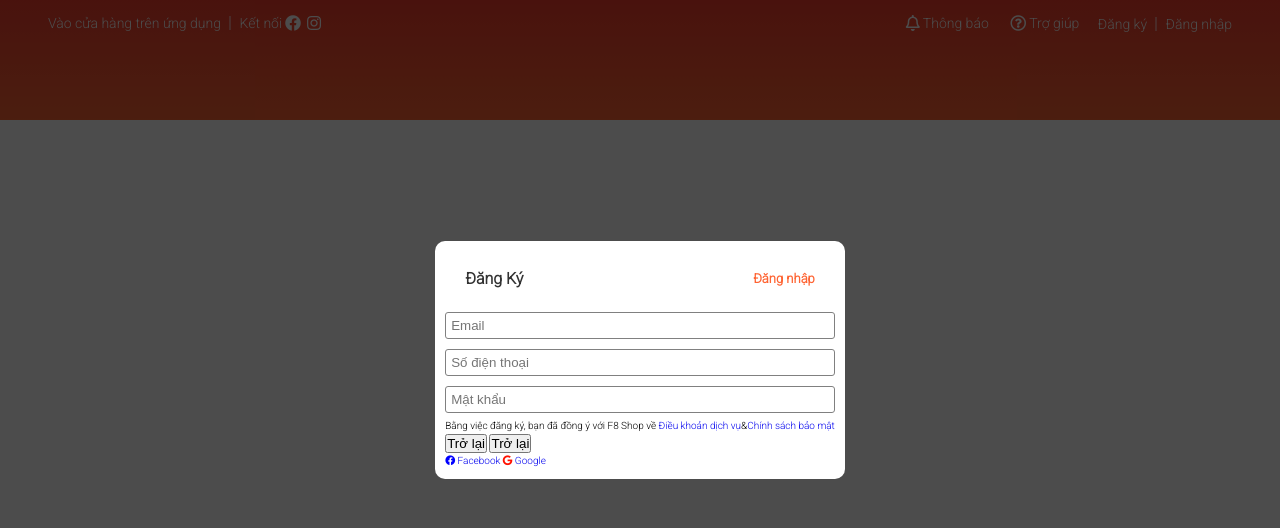
Repository: kebinh1235/Shopee-Demo
Page: index.html
The author's editor kept a copy of each file at every save. The page is drawn from the files as they stood at one save, then again after the next save.
The browser window is 1280 px wide. The pictures show the whole page.

Above is the page before, as saved 2021-10-01 22:23:08.

After the next save:
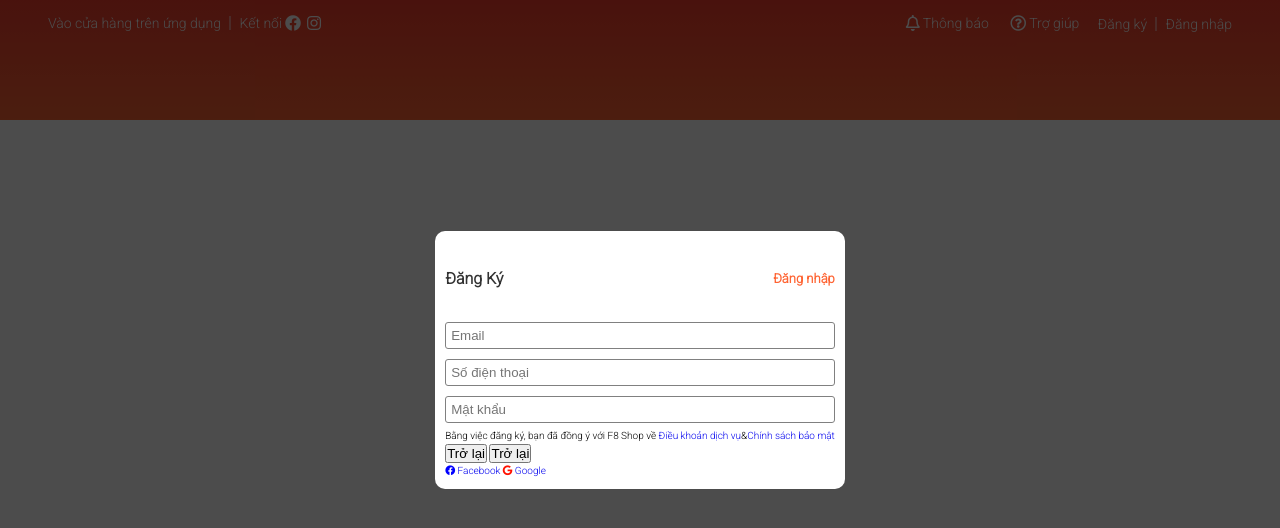
Saved 8 s later.
--- a/asset/css/main.css
+++ b/asset/css/main.css
@@ -230,7 +230,7 @@
   display: flex;
   justify-content: space-between;
   align-items: center;
-  padding: 20px;
+  padding: 30px 0;
 }
 .auth__form-heading{
   font-size: 1.6rem;
